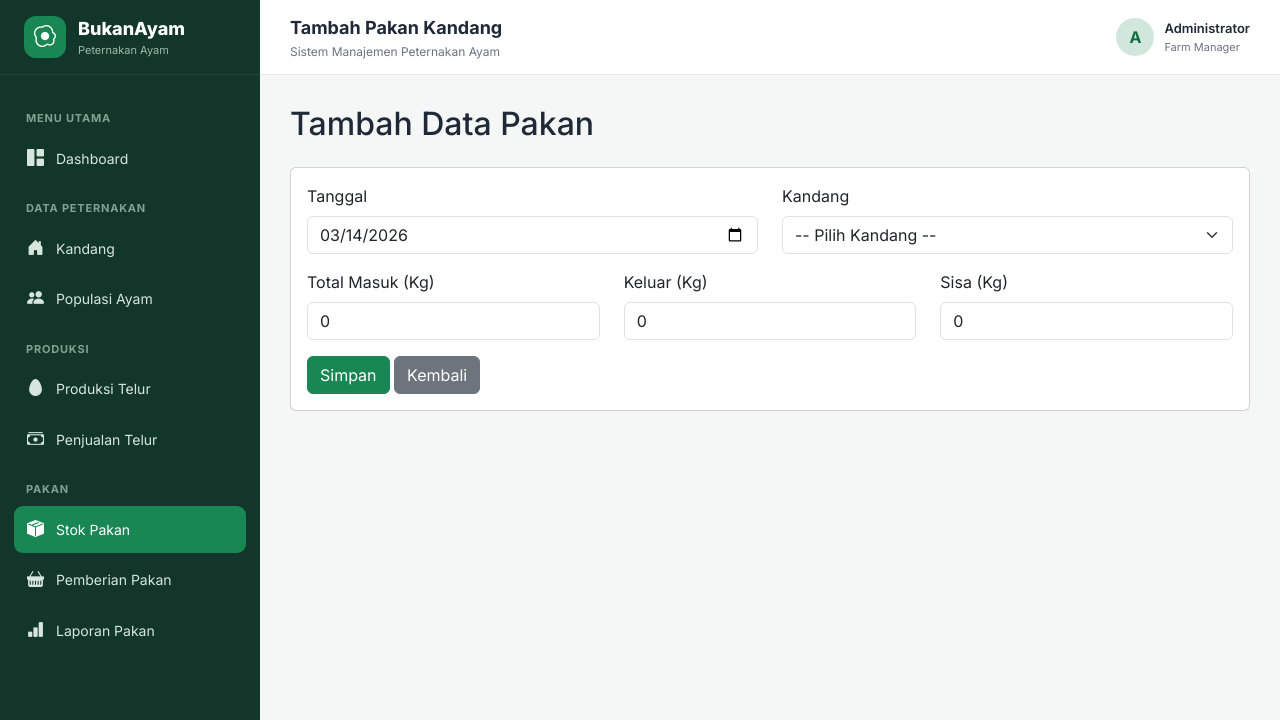
Repository: syafira-nur25/bukanayampart1
Page: http://localhost/pakan-kandang/create
An editor plug-in stored every save of this project. The page is shown before and after the next save, followed by the edit.
The browser window is 1280 px wide. The pictures show the whole page.
The page is served by the project's Laravel application, run on PHP 8.4 with Laravel 12. Queries for data that is not in the repository find no rows.

Above is the page before, as saved 2026-08-16 20:36:28.

After the next save:
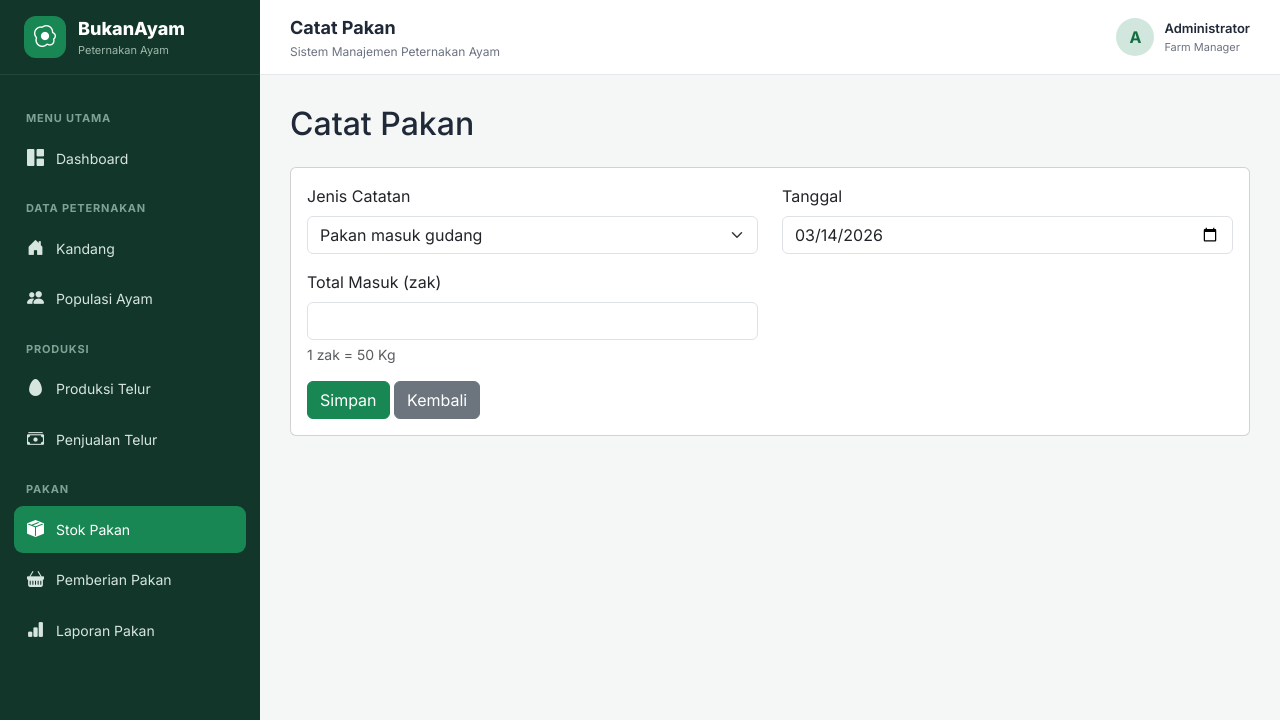
Saved 15 s later.
--- a/resources/views/pakan_kandang/create.blade.php
+++ b/resources/views/pakan_kandang/create.blade.php
@@ -1,111 +1,76 @@
 @extends('layouts.app')
 
-@section('title', 'Tambah Pakan Kandang')
+@section('title', 'Catat Pakan')
 
 @section('content')
-
 <div class="d-flex justify-content-between mb-3">
-    <h2>Tambah Data Pakan</h2>
+    <h2>Catat Pakan</h2>
 </div>
 
 <div class="card">
     <div class="card-body">
-
         <form action="{{ route('pakan-kandang.store') }}" method="POST">
             @csrf
+            <div class="row">
+                <div class="col-md-6 mb-3">
+                    <label class="form-label">Jenis Catatan</label>
+                    <select name="jenis" id="jenis" class="form-select" onchange="toggleJenis(this.value)">
+                        <option value="masuk" @selected(old('jenis') == 'masuk')">Pakan masuk gudang</option>
+                        <option value="keluar" @selected(old('jenis', 'keluar') == 'keluar')">Kandang ambil pakan</option>
+                    </select>
+                </div>
 
-            <div class="row">
-
-                {{-- Tanggal --}}
                 <div class="col-md-6 mb-3">
                     <label class="form-label">Tanggal</label>
-                    <input
-                        type="date"
-                        name="tanggal"
+                    <input type="date" name="tanggal"
                         class="form-control @error('tanggal') is-invalid @enderror"
-                        value="{{ old('tanggal', date('Y-m-d')) }}"
-                        required
-                    >
-                    @error('tanggal')
-                        <div class="invalid-feedback">{{ $message }}</div>
-                    @enderror
+                        value="{{ old('tanggal', date('Y-m-d')) }}" required>
+                    @error('tanggal') <div class="invalid-feedback">{{ $message }}</div> @enderror
                 </div>
 
-                {{-- Kandang --}}
-                <div class="col-md-6 mb-3">
+                <div class="col-md-6 mb-3" id="wrap-kandang">
                     <label class="form-label">Kandang</label>
-                    <select name="kandang_id" class="form-select @error('kandang_id') is-invalid @enderror" required>
+                    <select name="kandang_id" class="form-select @error('kandang_id') is-invalid @enderror">
                         <option value="">-- Pilih Kandang --</option>
-                        @foreach($kandangs as $kandang)
+                        @foreach ($kandangs as $kandang)
                             <option value="{{ $kandang->id }}" @selected(old('kandang_id') == $kandang->id)>
                                 {{ $kandang->nama }}
                             </option>
                         @endforeach
                     </select>
-                    @error('kandang_id')
-                        <div class="invalid-feedback">{{ $message }}</div>
-                    @enderror
+                    @error('kandang_id') <div class="invalid-feedback">{{ $message }}</div> @enderror
                 </div>
 
-                {{-- Total Masuk --}}
-                <div class="col-md-4 mb-3">
-                    <label class="form-label">Total Masuk (Kg)</label>
-                    <input
-                        type="number"
-                        step="0.01"
-                        name="total_masuk"
+                <div class="col-md-6 mb-3" id="wrap-masuk">
+                    <label class="form-label">Total Masuk (zak)</label>
+                    <input type="number" step="0.01" min="0" name="total_masuk"
                         class="form-control @error('total_masuk') is-invalid @enderror"
-                        value="{{ old('total_masuk', 0) }}"
-                        min="0"
-                        required
-                    >
-                    @error('total_masuk')
-                        <div class="invalid-feedback">{{ $message }}</div>
-                    @enderror
+                        value="{{ old('total_masuk') }}">
+                    @error('total_masuk') <div class="invalid-feedback">{{ $message }}</div> @enderror
+                    <div class="form-text">1 zak = 50 Kg</div>
                 </div>
 
-                {{-- Keluar --}}
-                <div class="col-md-4 mb-3">
+                <div class="col-md-6 mb-3" id="wrap-keluar">
                     <label class="form-label">Keluar (Kg)</label>
-                    <input
-                        type="number"
-                        step="0.01"
-                        name="keluar"
+                    <input type="number" step="0.01" min="0" name="keluar"
                         class="form-control @error('keluar') is-invalid @enderror"
-                        value="{{ old('keluar', 0) }}"
-                        min="0"
-                        required
-                    >
-                    @error('keluar')
-                        <div class="invalid-feedback">{{ $message }}</div>
-                    @enderror
+                        value="{{ old('keluar') }}">
+                    @error('keluar') <div class="invalid-feedback">{{ $message }}</div> @enderror
                 </div>
-
-                {{-- Sisa --}}
-                <div class="col-md-4 mb-3">
-                    <label class="form-label">Sisa (Kg)</label>
-                    <input
-                        type="number"
-                        step="0.01"
-                        name="sisa"
-                        class="form-control @error('sisa') is-invalid @enderror"
-                        value="{{ old('sisa', 0) }}"
-                        min="0"
-                        required
-                    >
-                    @error('sisa')
-                        <div class="invalid-feedback">{{ $message }}</div>
-                    @enderror
-                </div>
-
             </div>
 
             <button type="submit" class="btn btn-primary">Simpan</button>
             <a href="{{ route('pakan-kandang.index') }}" class="btn btn-secondary">Kembali</a>
-
         </form>
-
     </div>
 </div>
 
+<script>
+    function toggleJenis(v) {
+        document.getElementById('wrap-masuk').style.display   = (v === 'masuk')  ? '' : 'none';
+        document.getElementById('wrap-kandang').style.display = (v === 'keluar') ? '' : 'none';
+        document.getElementById('wrap-keluar').style.display  = (v === 'keluar') ? '' : 'none';
+    }
+    toggleJenis(document.getElementById('jenis').value);
+</script>
 @endsection
